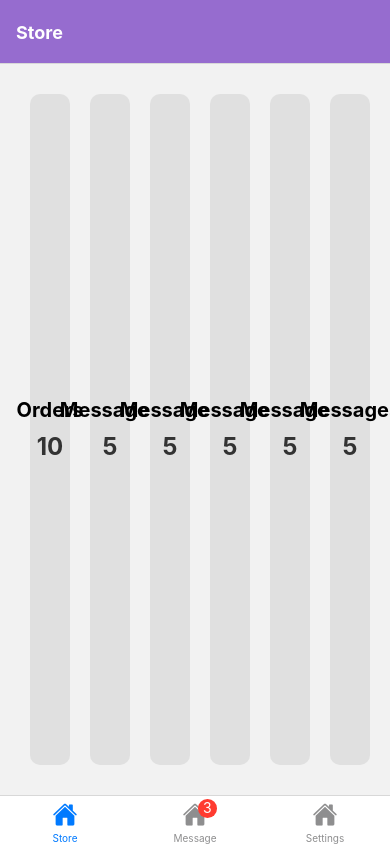
Repository: Waikato153/AwesomeProject
Screen: /
These files come from the project's save history. The screen is drawn as it stood at one moment and after the next save; the edit follows.
The app was drawn by React Native's web renderer in a window 390 px wide. The project was rebuilt for these pictures with package versions that can differ from the ones it lists, and the page was loaded fresh each time.

Above is the screen before, as saved 2024-02-28 21:46:49.

After the next save:
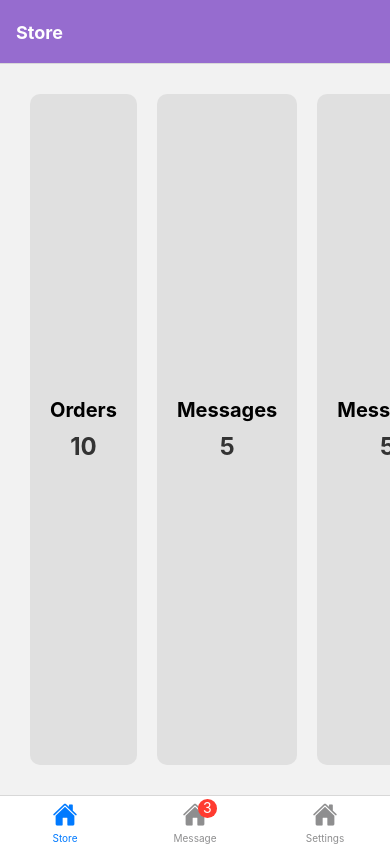
Saved 3 min 2 s later.
--- a/screens/HomeScreen.js
+++ b/screens/HomeScreen.js
@@ -35,10 +35,10 @@ const HomeScreen = () => {
 const styles = StyleSheet.create({
   container: {
     padding: 20,
-    flex: 1
+
   },
   block: {
-    flex: 1,
+
     justifyContent: 'center',
     alignItems: 'center',
     backgroundColor: '#e0e0e0',
